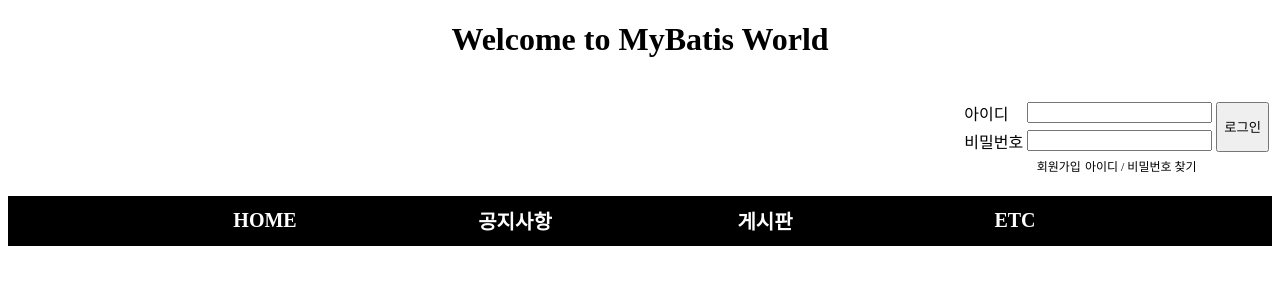
Repository: kimalbab/07_mybatis
Page: http://localhost/mybatisProject/
An editor plug-in stored every save of this project. The page is shown before and after the next save, followed by the edit.
The browser window is 1280 px wide. The pictures show the whole page.
The pointer rests on the first visible `.menu`.
The page is served by Tomcat 9.

Above is the page before, as saved 2022-08-12 06:06:34.

After the next save:
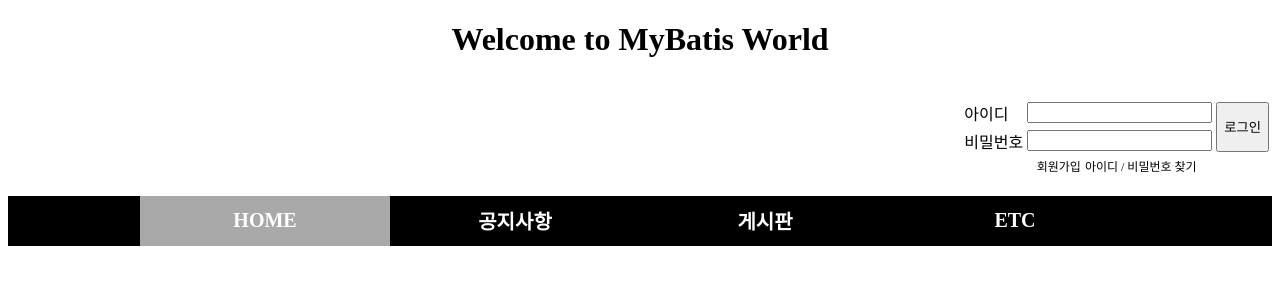
Saved 43 s later.
--- a/mybatisProject/src/main/webapp/WEB-INF/views/common/menubar.jsp
+++ b/mybatisProject/src/main/webapp/WEB-INF/views/common/menubar.jsp
@@ -26,6 +26,11 @@
 		vertical-align:middle;
 		font-size:20px;
 		font-weight:bold;
+	}
+
+	.menu:hover{
+		background-color:darkgray;
+		cursor:pointer;
 	}
 </style>
 </head>
